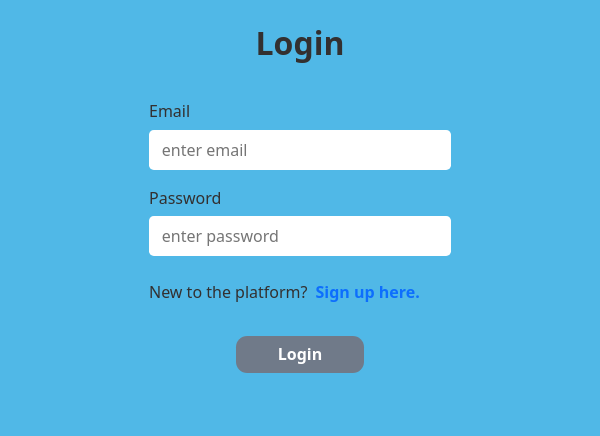
Repository: manish201258/WebChatApplication
Page: / (app in frontend/)
An editor plug-in stored every save of this project. The page is shown before and after a run of saves, followed by the edit.
The browser window is 600 px wide. The pictures show the whole page.
Some web libraries are served in a nearby version. The project was rebuilt for these pictures with package versions that can differ from the ones it lists, and the page was loaded fresh each time. Also part of the build but not shown: frontend/vite.config.js, frontend/src/components/miscellaneous/ChatContact.jsx, frontend/src/components/miscellaneous/ChatBox.jsx, frontend/src/components/miscellaneous/ChatWindow.jsx, frontend/src/components/miscellaneous/ChatPage.jsx, frontend/src/components/authencation/UserRegister.jsx.

Above is the page before, as saved 2024-12-13 21:26:20.

### frontend/index.html
<!doctype html>
<html lang="en">
  <head>
    <meta charset="UTF-8" />
    <link rel="icon" type="image/svg+xml" href="/vite.svg" />
    <link rel="stylesheet" href="https://cdnjs.cloudflare.com/ajax/libs/font-awesome/6.6.0/css/all.min.css" integrity="sha512-Kc323vGBEqzTmouAECnVceyQqyqdsSiqLQISBL29aUW4U/M7pSPA/gEUZQqv1cwx4OnYxTxve5UMg5GT6L4JJg==" crossorigin="anonymous" referrerpolicy="no-referrer" />
    <meta name="viewport" content="width=device-width, initial-scale=1.0" />
    <title>Vite + React</title>
  </head>
  <body>
    <div id="root"></div>
    <script src="https://cdn.jsdelivr.net/npm/bootstrap@5.3.0/dist/js/bootstrap.bundle.min.js"></script>
    <script type="module" src="/src/main.jsx"></script>
    <script src="https://cdn.jsdelivr.net/npm/bootstrap@5.3.0/dist/js/bootstrap.bundle.min.js"></script>
  </body>
</html>

### frontend/src/main.jsx
import React from 'react'
import ReactDOM from 'react-dom/client'
import App from './App.jsx'
import './index.css'
import 'bootstrap/dist/css/bootstrap.min.css';
import 'bootstrap/dist/js/bootstrap.bundle.min.js'
import { AuthProvider } from './components/Context/AuthContext.jsx'
import { SocketContextProvider } from './components/Context/SocketContext.jsx';
import { ToastContainer } from 'react-toastify';
import 'react-toastify/dist/ReactToastify.css';

ReactDOM.createRoot(document.getElementById('root')).render(
  <AuthProvider>
    <SocketContextProvider>
    <App />
    <ToastContainer
position="top-right"
autoClose={5000}
hideProgressBar={false}
newestOnTop
closeOnClick
rtl={false}
pauseOnFocusLoss
draggable
pauseOnHover={false}
theme="light"
/>
    </SocketContextProvider>
  </AuthProvider>
)

### frontend/src/App.jsx
import './App.css'
import { BrowserRouter as Router, Routes, Route, Navigate } from 'react-router-dom';
import ChatPage from './components/miscellaneous/ChatPage';
import { UseAuth } from './components/Context/AuthContext';
import UserLogin from './components/authencation/UserLogin';
import UserRegister from './components/authencation/UserRegister';
import ChatWindow from './components/miscellaneous/ChatWindow';
import ChatContact from './components/miscellaneous/ChatContact';
function App() {
  const {isAuthenticated} = UseAuth()
  return (

    <Router>
      <Routes>
      <Route path='/' element={isAuthenticated?<ChatPage/>:<Navigate to='/login'/>}/>
      <Route path='/login' element={isAuthenticated? <Navigate to='/'/>:<UserLogin/>}/>
      <Route path='/register' element={<UserRegister/>}/>
      </Routes>
    </Router>

  )
}

export default App

### frontend/src/index.css
#root{
    /* width: 100%; */
    /* height: 100vh; */
    overflow: hidden;
    /* background-color: rgb(76, 73, 73); */
}

### frontend/src/components/Context/AuthContext.jsx
import { createContext, useContext, useState, useEffect } from "react";
import Cookies from 'js-cookie';
import axios from 'axios';
import BaseUrl from "../BaseUrl";
import { toast } from 'react-toastify';

const AuthContext = createContext();

export const AuthProvider = ({ children }) => {

  const [isAuthenticated, setIsAuthenticated] = useState(false);
  const [currentUser,setCurrentUser] = useState(null)
  const [sideUser,setsideUser] = useState([])
  const [clicked,setClicked] = useState(null)
  const [chatPerson,setChatPerson] = useState([])
  const [blockedUsers,setBlockedUsers] = useState([]);

  const authenticate = (token) => {
    Cookies.set('token', token, { expires: 30 });
    setIsAuthenticated(true);
      userData();
      userSideData();
  };

  // Fetch user data and side user data if token exists
  useEffect(() => {
    const token = Cookies.get('token');
    setIsAuthenticated(!!token);
    if (token) {
      userData();
      userSideData();
    }
  },[]);

  // Logout
  const logout = () => {
    Cookies.remove('token');
    setCurrentUser(null);
    setCurrentUser([])
    setIsAuthenticated(false);
    toast.warn("Logout success")
  };

  // Currrent User Data


    const userData = async()=>{
      const token = Cookies.get('token');
      await axios.get(`${BaseUrl}/data`,{
       headers:{
         Authorization: `Bearer ${token}`
       }
     })
     .then((res)=>{
       setCurrentUser(res.data.data);
     })
     }


  // Side Baruser
    async function userSideData(){
       await axios.get(`${BaseUrl}/sideuser`,{
         headers:{
           Authorization:`Bearer ${Cookies.get('token')}`
         }
       })
       .then((res)=>{
         setsideUser(res.data)
       })
     }

  // Side User Clicked
  const sideClicked = (id) => {
    if (clicked === id) {
      setClicked(null);
      setChatPerson([]);
    } else {
      setClicked(id);
      const selectedChatPerson = sideUser.find((e) => e._id === id);
      setChatPerson(selectedChatPerson ? [selectedChatPerson] : []);
    }
  };

  useEffect(()=>{
    sideClicked(null)
  },[])


// User Manage
const deleteConversation = async(id) => {
  await axios.post(`${BaseUrl}/deleteconversation/${id}`,{},{
    headers:{
      Authorization:`Bearer ${Cookies.get('token')}`
    }
  })
  .then(()=>{
    setClicked(null)
  })
}
const blockConversation = async (id) => {
  try {
    await axios.post(`${BaseUrl}/blockuser/${id}`, {}, {
      headers: {
        Authorization: `Bearer ${Cookies.get('token')}`
      }
    });
    // Update the blocked users state
    setBlockedUsers((prevBlocked) => [...prevBlocked, id]);
  } catch (error) {
    console.error("Error blocking user", error);
  }
};

const unblockConversation = async (id) => {
  try {
    await axios.post(`${BaseUrl}/unblockuser/${id}`, {}, {
      headers: {
        Authorization: `Bearer ${Cookies.get('token')}`
      }
    });
    // Update the blocked users state
    setBlockedUsers((prevBlocked) => prevBlocked.filter(userId => userId !== id));
  } catch (error) {
    console.error("Error unblocking user", error);
  }
};


const allBlockedData = async() => {
  await axios.get(`${BaseUrl}/blockeddata`,{
    headers:{
      Authorization:`Bearer ${Cookies.get('token')}`
    }
  })
  .then((res)=>{
    setBlockedUsers(res.data.blockedUsers)
  })
}

  return (
    <AuthContext.Provider value={{ authenticate , isAuthenticated, currentUser,logout,sideUser,sideClicked,userSideData,clicked,chatPerson,deleteConversation,blockConversation,unblockConversation,allBlockedData,blockedUsers,setClicked}}>
      {children}
    </AuthContext.Provider>
  );
};

export const UseAuth = () => useContext(AuthContext);

### frontend/src/components/Context/SocketContext.jsx
import { createContext, useContext, useEffect, useState } from "react";
import { UseAuth } from "./AuthContext";
import { io } from "socket.io-client";

export const SocketContext = createContext();

export const SocketContextProvider = ({ children }) => {
  const { isAuthenticated, currentUser } = UseAuth();
  const [socket, setSocket] = useState(null);
  const [onlineUsers, setOnlineUsers] = useState([]);
  const [currentUserId, setCurrentUserId] = useState("");

  useEffect(() => {
    if (currentUser) setCurrentUserId(currentUser._id);
  }, [currentUser]);

  useEffect(() => {
    if (isAuthenticated && currentUserId) {
      const newSocket = io("http://localhost:3000/", {
        query: {
          userId: currentUserId,
        },
      });

      setSocket(newSocket);

      newSocket.on("getOnlineUsers", (users) => {
        setOnlineUsers(users);
      });

      return () => {
        newSocket.close();
      };
    } else {
      if (socket) {
        socket.close();
        setSocket(null);
      }
    }
  }, [isAuthenticated, currentUserId]);

  return (
    <SocketContext.Provider value={{ onlineUsers,socket }}>
      {children}
    </SocketContext.Provider>
  );
};

export const UseSocketContext = () => useContext(SocketContext);

### frontend/src/App.css
.mainLogo{
  width: 3rem;
  border-radius: 50%;
}
.navbar{
  background-color: #ddd;
  width: 100%;
}
.profile-btn{
  border-radius: 50% !important;
  display: flex;
  align-items: center;
  justify-content: center;
}

/* Login Form Style */

.login-container, .register-container {
  height: 100vh;
  width: 100vw;
  background-color: #50B8E7;
  color: rgb(51, 48, 48);
  display: flex;
  justify-content: center;
  align-items: center;
}

.formstart {
  width: 100%;
  max-width: 350px;
  min-width: 200px;
  display: flex;
  flex-direction: column;
  align-items: center;
  padding: 1.5rem;
  justify-content: space-around;
  background: rgba(255, 255, 255, 0.2);
  border-radius: 16px;
  box-shadow: 0 4px 30px rgba(0, 0, 0, 0.1);
  backdrop-filter: blur(5px);
  border: 1px solid rgba(255, 255, 255, 0.3);
}

.formstart form{
  display: flex;
  flex-direction: column;
  gap: 0.5rem;
  width: 100%;
  margin-top:1.3rem;
}
.form-group{
  display: flex;
  flex-direction: column;
  gap: 0.4rem;
}
.form-group input {
  outline: none;
  padding: 0.5rem;
  padding-left: 0.8rem;
  border: none;
  border-radius: 0.3rem;
  width: 100%;
}

.form-group input:focus {
  outline: 2px solid #8d8484;
}


.formstart button{
  border: none;
  align-self: center;
  margin-top: 1rem;
  width: 8rem;
  padding: 0.4rem;
  border-radius: 0.7rem;
  background-color: #3a7c35;
  color: white;
  font-weight: 600;
  transition: 0.2s ease-in-out;
}
.formstart button:hover{
  transform: scale(1.03);
  width: 9rem;
}


/* Chat Page */

.menuDiv{
  background: #84cdee;
  border-radius: 0.5rem;
  min-width: 3rem;
  max-width: 4rem;
  flex-grow: 1;
  display: flex;
  flex-direction: column;
  align-items: center;
  justify-content: center;
  gap: 4rem;
  .menuBtn{
    display: none;
  }
  .menuDivContent{
    display: flex;
    flex-direction: column;
    align-items: center;
    gap: 4rem;
  }
}
.sideUser{
  border-radius: 0.3rem;
  padding: 0.2rem;
  transition: 0.2s ease-in-out;
}
.sideUser-details-arrow {
  transition: transform 0.3s ease-in-out;
}

.chatpage{
  background-color: #50B8E7;
  height: 100vh;
  width: 100%;
  overflow: hidden;
  display: flex;
  flex-direction: column;
  align-items: center;
  padding: 1rem;
}
.chats-field{
  width: 100%;
}

.main-window{
  width: 100%;
  height: 100%;
  display: flex;
  flex-direction: row;
  justify-content: center;
  gap: 4px;
}
.chatcontact {
  max-width: 20rem;
  min-width: 18rem;
  flex-grow: 1;
  border-radius: 0.5rem;
  background: #84cdee;
}


.profile{
  width: 2.4rem;
  height: 2.4rem;
  border: .1rem solid rgb(255, 255, 255);
  border-radius: 50%;
  cursor: pointer;
}
.chatcontactnav{
  border: 1px solid rgb(69, 60, 60);
  border-left: none;
  border-right: none;
  padding: 0.2rem;
  width: 100%;
}
.chatcontact .dropdown-menu{
  box-shadow: 0px 0px 10px black;
}
.chatcontactnav input{
  max-width: 13rem;
  flex-grow: 1;
  border: none;
  padding:0.5rem !important;
  padding-left: 0.8rem !important;
  border-radius: 0.7rem;
  outline-color: #3a7c35;
  background-color: #edf7fc;
  outline-width: 10px;
}
.chatcontactnav input:focus {
  outline: 2px solid green;
}

.userconatct{
  width: 90%;
  min-height: 3rem;
  border-radius: 0.4rem;
}
.usercontactbox{
  height: 90%;
  overflow-y:scroll;

}
::-webkit-scrollbar{
  visibility: hidden;
}

.AddUserModel .modal-content{
background-color: rgb(255, 255, 255);
}

.AddUserModel-body{
  display: flex;
  justify-content: space-around;
}
.AddUserModel-body input{
border: none;
background-color: #c68e8e;
padding: 0.5rem;
border-radius: 0.3em;
outline: none;
}
.AddUserModel-body input::placeholder{
  color: white;
}

/* profile Model */
.chatpagenav .modal{
  background-color: none;
}
.profile-model-content{
  border-radius: 1rem !important;
  background: rgba(190, 185, 185, 0.318) !important;
  border-radius: 16px !important;
  box-shadow: 0 4px 30px rgba(0, 0, 0, 0.1) !important;
  color: white !important;
}
.profile-photo{
  width: 8rem;
  height: 8rem;
  background-color: #a6afb2;
  border-radius: 50%;
  margin: auto;
}
/* Chat window */
.chatwindow {
  flex-grow: 1;
  min-width: 20rem;
  border-radius: 0.5rem;
  overflow: hidden;
  background-color: #84cdee;
}

.chatwindow .dropdown-menu{
right: -24px !important;
}
.dropdown-menu li{
  cursor: pointer;
}
.nav-chat{
  height: 100%;
  display: flex;
  flex-direction: column;
  background-color: #84cdee;
}
.chatWindowNav {
  background-color: #b9e2f5;
  width: 100%;
  height: 12%;
}

.chat-box {
  display: flex;
  flex-direction: column;
  height: 88%;
}
.mainChats{
  background: #84cdee;
  color: white;
  width: 100%;
display: flex;
flex-direction: column;
flex-grow: 1;
  overflow-y: scroll;
scroll-behavior: smooth;
  padding: 1rem;
}
.mainChats::-webkit-scrollbar{
  display: none;
}

.mainChats .messageText{
  height: fit-content;
  width: 100%;
  padding: 0.8rem;
  position: relative;
}
.messageText p{
  overflow-wrap: break-word;
  max-width: 55%;
  height: fit-content;
  padding: 0.4em;
  border-radius: 0.4rem;
  margin: 0;
  color: black;
}
.messageText span{
  font-size: 0.8rem;
  color: #514f4f;
}
.mainChats .sendMessageStyle{
  display: flex;
  flex-direction: column;
  align-items: end;
}
.mainChats .receivedMessageStyle{
  display: flex;
  flex-direction: column;
  align-items: start;
}
.sendMessageStyle p{
  background-color: #ce5c5c;
}
.receivedMessageStyle p{
background-color: #4fa4a9;
}

/* new Message Animation */

.sendMessage{
  height: fit-content;
  min-width: 40%;
  max-width: 100%;
  padding: 0.5rem;
  background-color: #b9e2f5;

  input{
    outline: none;
    color: black;
    width: 85%;
    border: none;
    border-radius: 0.2rem;
    background-color: #edf7fc;
    padding: 0.3rem;
    margin-left: 0.6rem;

  }
  i{
    cursor: pointer;
    margin-right: 1rem;
  }
}
.nullChatMessage{
 width: fit-content;
 width: 100%;
 height: 100%;
 display: flex;
 flex-direction: column;
 align-items: center;
}
.nullChatMessage p{
  background-color: rgb(70, 68, 68);
  padding: 0.1rem;
  border-radius: 0.3rem;
}

.chatwindowtoggle{
  transition: 3s ease-in-out;
}
.isOnlineTag{
  position: absolute;
  width: 0.8rem;
  height: 0.8rem;
   background-color: #3a7c35;
   border-radius: 50%;
   top: -0.2rem;
   right: -0.2rem;
}
.isOfflineTag{
  position: absolute;
  width: 0.8rem;
  height: 0.8rem;
   background-color: #702f2f;
   border: 1px solid rgb(207, 128, 128);
   border-radius: 50%;
   top: -0.2rem;
   right: -0.2rem;
}

/* Chat Toogle In Mobile */
.toogleChats {
  position: absolute;
  left: -5.7rem;
  top: 45%;
  transform: translateY(-45%);
  background-color: #5a8aa0;
  width: 7rem;
  height: 7rem;
  justify-content: end;
  align-items: center;
  border-radius: 50%;
  i{
    margin-right: 5px;
  }
  cursor: pointer;
  display: none;
}




@media (max-width: 750px) {
  .main-window{
    flex-direction: column;
  }
  .menuDiv{
    padding: 2rem;
    max-width: 100%;
    flex-grow: 0 !important;
    flex-direction: row;
    justify-content: space-between;
    .menuDivContent{
      flex-direction: row;
      justify-content: space-between;
    }
    .menuBtn{
      display: block;
    }
  }
  .hr2,.hr1{
    transform: rotate(0deg) !important;
    width: 100% !important;
    height: 2px;
    margin-top: 0;
    margin-bottom: 0;
  }
  .toogleChats{
    display: flex;
  }
  /* chatcontact Customize */
  .chatcontact{
    max-width: 100%;
  }
  .formstart{
    box-shadow: none;
  backdrop-filter: none;
  border: none;
  background-color: transparent;
  gap: 1rem;

  }
  .login-container, .register-container h2{
    align-items: start;

  }
  .login-container h3{
    font-size: 2rem;
  }
  .formstart form{
    gap: 1rem;
  }

  }

### frontend/src/components/authencation/UserLogin.jsx
import axios from 'axios';
import React from 'react'
import { useState } from 'react';
import { UseAuth } from '../Context/AuthContext';
import { NavLink } from 'react-router-dom';
import { toast } from 'react-toastify';
import BaseUrl from '../BaseUrl';

const UserLogin = () => {
  const {authenticate} = UseAuth()
  const [formData, setFormData] = useState({
    username: '',
    email: '',
    password: '',
  });

  const handleChange = (e) => {
    setFormData({
      ...formData,
      [e.target.name]: e.target.value,
    });
  };

  const handleSubmit = async(e) => {
    e.preventDefault();
    await axios.post(`${BaseUrl}/login`,formData)
    .then((res)=>{
      authenticate(res.data.token);
      if(res.status===201)
        toast("Login Success")
    })
  };

  return (
    <div className="login-container">
      <div className='formstart'>
      <h3 className='fw-bold  m-0'>Login</h3>
      <form onSubmit={handleSubmit}>
        <div className="form-group">
          <label htmlFor="email">Email</label>
          <input
            type="email"
            name="email"
            id="email"
            value={formData.email}
            onChange={handleChange}
            placeholder="enter email"
            required
          />
        </div>
        <div className="form-group">
          <label htmlFor="password">Password</label>
          <input
            type="password"
            name="password"
            id="password"
            value={formData.password}
            onChange={handleChange}
            placeholder="enter password"
            required
          />
        </div>
        <p className='m-0 mt-2'>New to the platform?
  <NavLink to="/register" className="text-decoration-none ms-2 fw-semibold">
    Sign up here.
  </NavLink>
</p>
        <button type="submit" style={{backgroundColor:"rgb(112 122 137)"}}>Login</button>
      </form>
      </div>

    </div>
  )
}

export default UserLogin

### frontend/src/components/BaseUrl.jsx
const BaseUrl = "http://localhost:3000/auth/api"

export default BaseUrl;

After the next 2 saves:
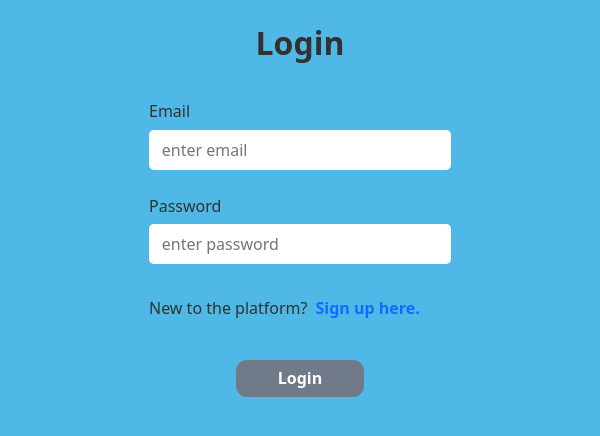
The 2 saves are shown as one change because they came seconds apart.
The last was saved 4 s later.
--- a/frontend/src/App.css
+++ b/frontend/src/App.css
@@ -446,7 +446,7 @@
     font-size: 2rem;
   }
   .formstart form{
-    gap: 1rem;
-  }
-
-  }
+    gap: 1.5rem;
+  }
+
+  }

After the save that followed:
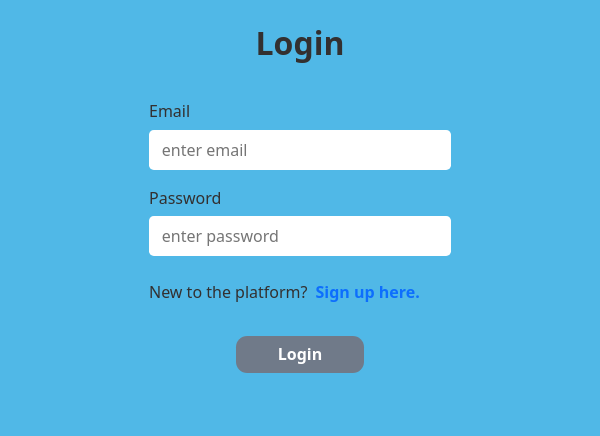
Saved 6 s later.
--- a/frontend/src/App.css
+++ b/frontend/src/App.css
@@ -446,7 +446,7 @@
     font-size: 2rem;
   }
   .formstart form{
-    gap: 1.5rem;
-  }
-
-  }
+    gap: 1rem;
+  }
+
+  }
